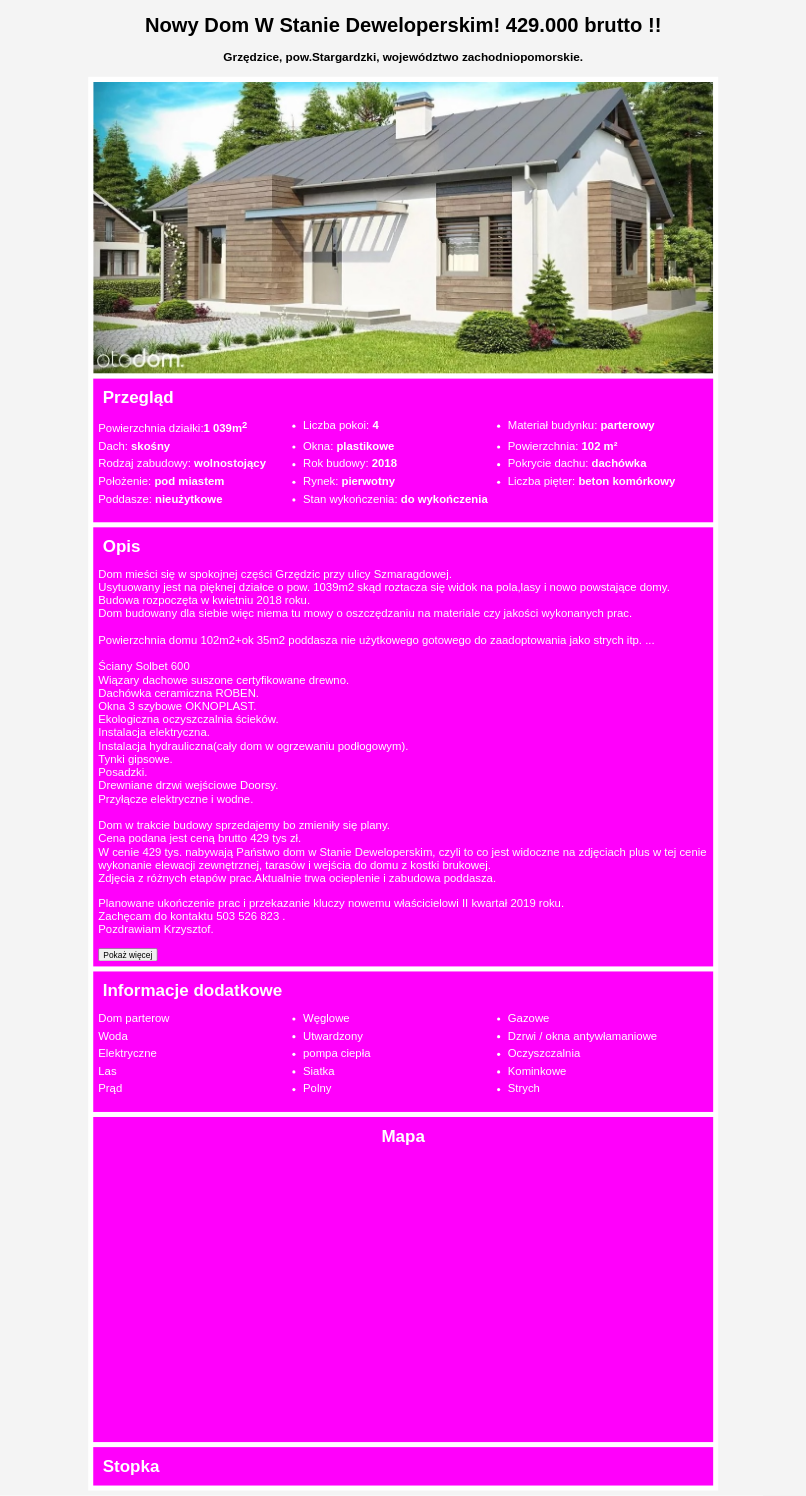
Repository: Slawek88/HomePage
Page: index.html
An editor plug-in stored every save of this project. The page is shown before and after the next save, followed by the edit.
The browser window is 1280 px wide. The pictures show the whole page, at 63% of full size.
Pictures or frames that could not be fetched are drawn as grey boxes.

Above is the page before, as saved 2019-03-01 14:41:46.

After the next save:
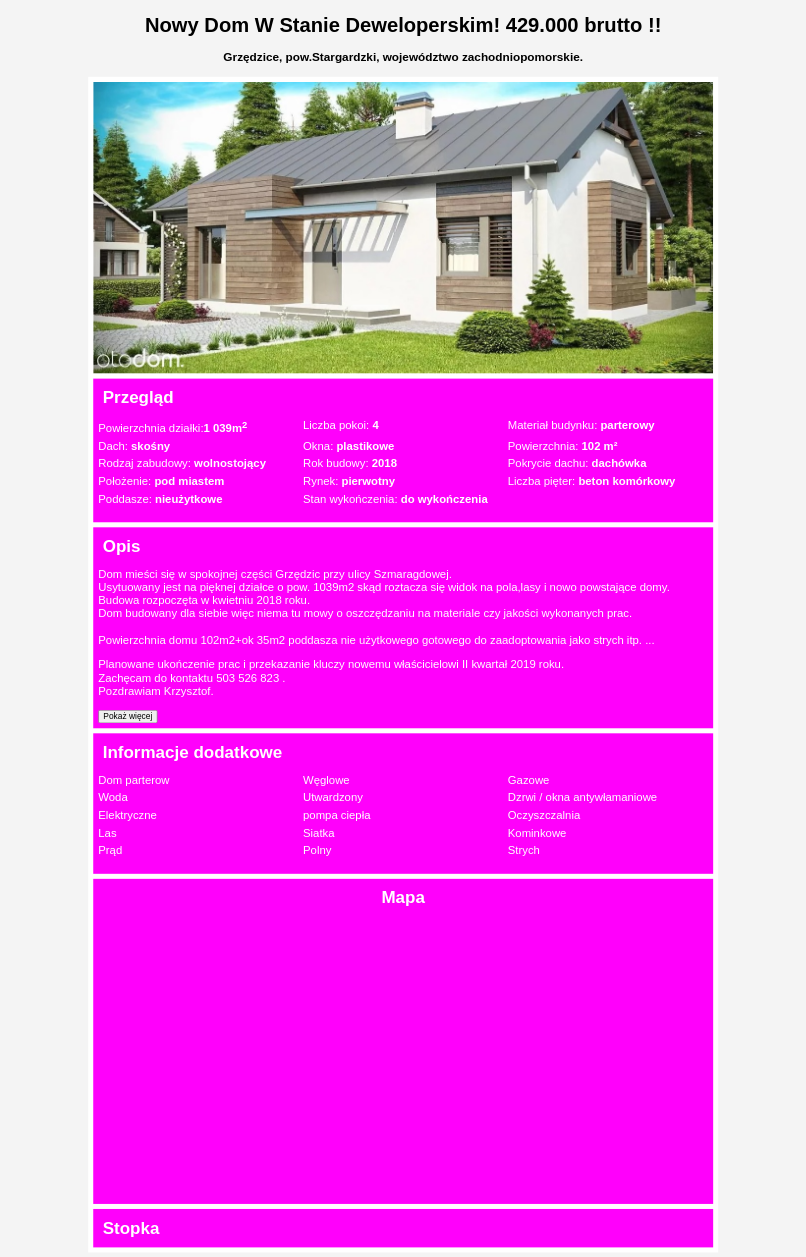
Saved 10 s later.
--- a/css/style.css
+++ b/css/style.css
@@ -59,7 +59,9 @@
 
 } */
 
-.grid-destriction
+.more {
+  display: none;
+}
 
 .grid-item li {
   /* grid-template-columns: 3fr; */
